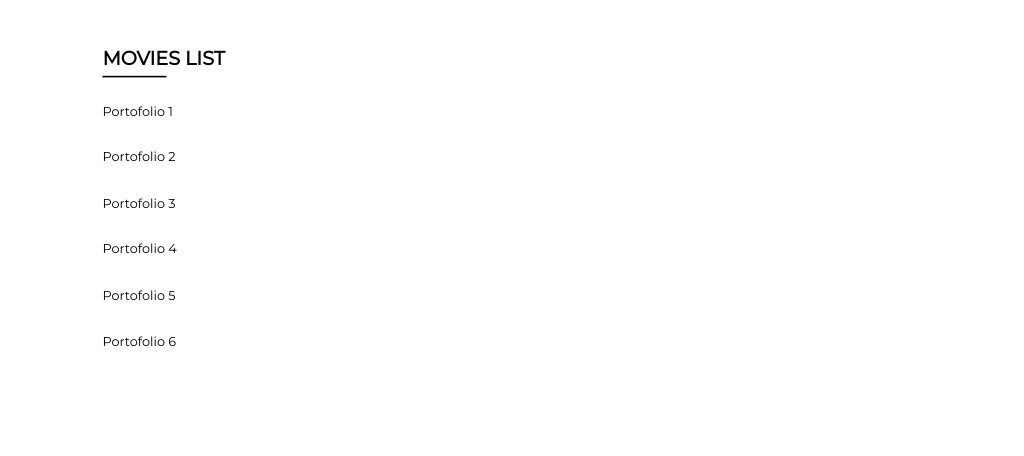
Repository: Ryuzuky07/expweb_movie
Page: HTML/movie1.html
The author's editor kept a copy of each file at every save. The page is drawn from the files as they stood at one save, then again after the next save.
The browser window is 1280 px wide. The pictures show the part of the page from y = 761 to 2191 px (the page is 1331 px tall before and 2191 px after), at 80% of full size.
Some web libraries are served in a nearby version.

Above is the page before, as saved 2021-11-26 11:50:52.
Console error: TypeError: Cannot read properties of undefined (reading 'style')
Not found: TempatFoto/yellow.jpg

After the next save:
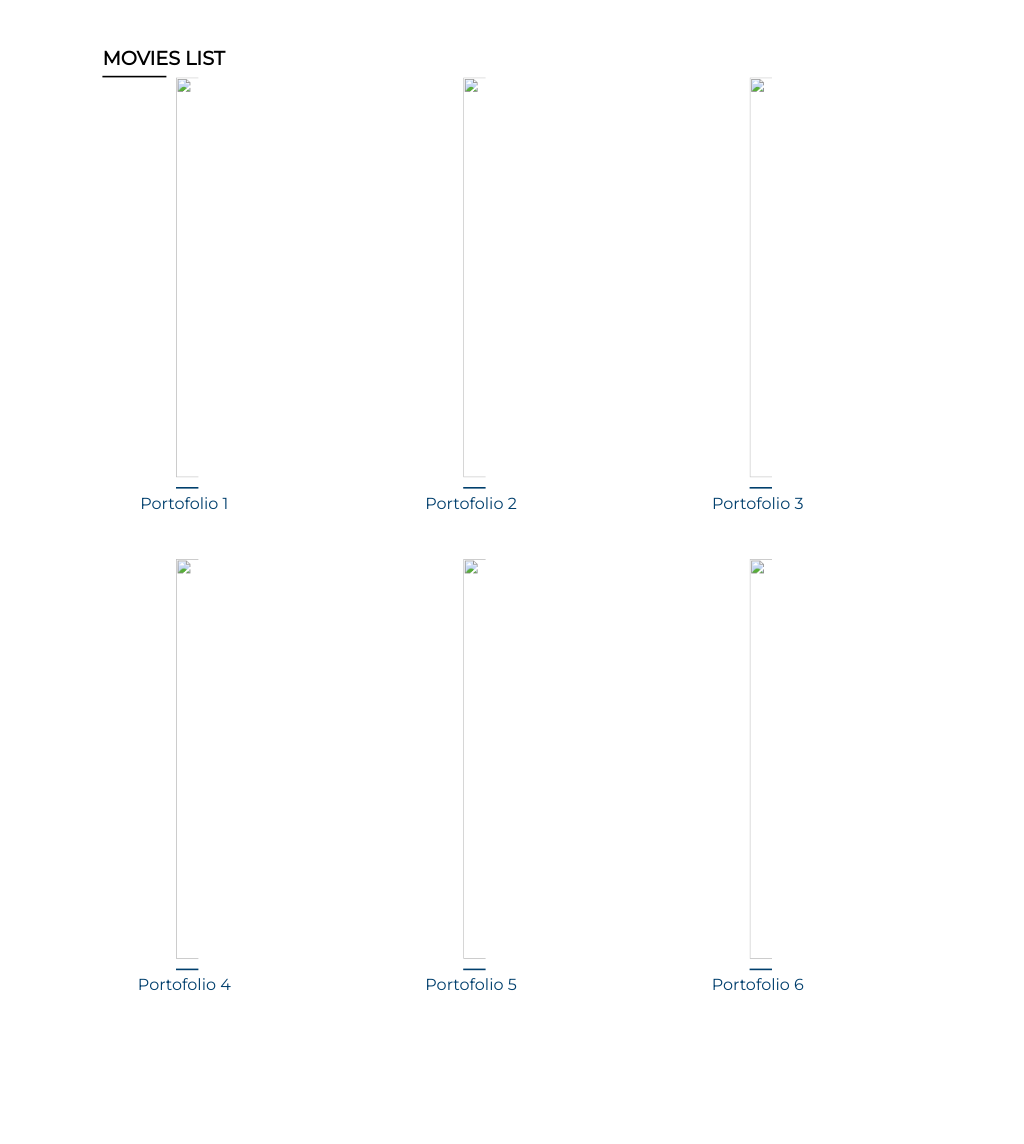
Saved 41 s later.
--- a/CSS/movie.css
+++ b/CSS/movie.css
@@ -253,3 +253,34 @@ align-items: center;
 .container ,.movie  .garis{
     margin: 10%;
 }
+.porto{
+    max-height: 100%;
+    display: flex;
+
+}
+.folio:hover{
+    box-shadow:  5px 10px 8px 10px #888888;
+}
+.porto .folio{
+    min-width: 20%;
+    height: 500px;
+    text-align: center;
+    background-color: transparent;
+    margin-right: 15%;
+    margin-bottom: 10%;
+    transition: 0.5s;
+    justify-items: center;
+}
+.porto .folio > img{
+    width: 140%;
+    height: 500px;
+    padding-bottom: 12px;
+    border-bottom: 2px solid #003F6D;
+}
+.porto .folio p {
+    text-align: left ;
+    color: #003F6D;
+    font-family: 'Montserrat', sans-serif;
+    font-size: 20px;
+    margin-bottom: 50%;
+}
